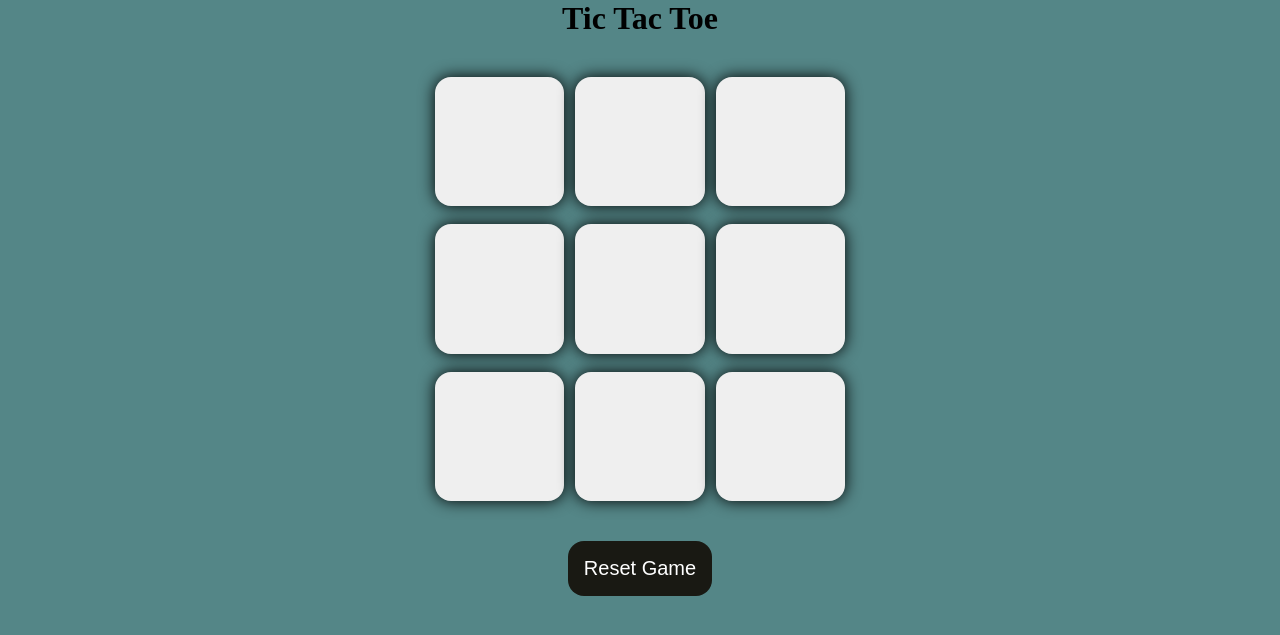
Repository: pankaj-shaw05/Tic-Tac-Toe
Page: index.html
An editor plug-in stored every save of this project. The page is shown before and after the next save, followed by the edit.
The browser window is 1280 px wide. The pictures show the whole page.
After loading, the first visible `button.box` was clicked once.

Above is the page before, as saved 2026-04-07 19:29:34.

### index.html
<!DOCTYPE html>
<html lang="en">
<head>
    <meta charset="UTF-8">
    <meta name="viewport" content="width=device-width, initial-scale=1.0">
    <title>Tic-Tac-Toe Game</title>
    <link rel="stylesheet" href="style.css"/>
</head>
<body>
    <main>
        <h1>Tic Tac Toe</h1>
        <div class="container">
        <div class="game">
            <button class="box"></button>
            <button class="box"></button>
            <button class="box"></button>
            <button class="box"></button>
            <button class="box"></button>
            <button class="box"></button>
            <button class="box"></button>
            <button class="box"></button>
            <button class="box"></button>
        </div>
        </div>
        <button id="reset-btn">Reset Game</button>
    </main>
    <script src="app.js"></script>
</body>
</html>

### style.css
* {
    margin: 0;
    padding: 0;

}

body {
    background-color: #548687;
    text-align: center;
}

.container {
    height: 70vh;
    display: flex;
    justify-content: center;
    align-items: center;
}

.game {
    height: 60vmin;
    width: 60vmin;
    display: flex;
    flex-wrap: wrap;
    justify-content: center;
    align-items: center;
    gap: 1.5vmin;
}

.box {
    height: 18vmin;
    width: 18vmin;
    border-radius: 1rem;
    border: none;
    box-shadow: 0 0 1rem rgba(0,0,0.3);
    font-size: 8vmin;
    color: #b0413e;
}

#reset-btn {
    padding: 1rem;
    font-size: 1.25rem;
    background-color: #191913;
    color: #fff;
    border-radius: 1rem;
    border: none;
}

### app.js
let boxes = document.querySelectorAll(".box");
let resetBtn =document.querySelector("#reset-btn");

let ternO =true;

const winPatterns = [
    [0, 1, 2],
    [0, 3, 6],
    [0, 4, 8],
    [1, 4, 7],
    [2, 5, 8],
    [2, 4, 6],
    [3, 4, 5],
    [6, 7, 8],
];

boxes.forEach((box) => {
    box.addEventListener("click", () => {
        console.log("box was clicked");
    })

})

After the next save:
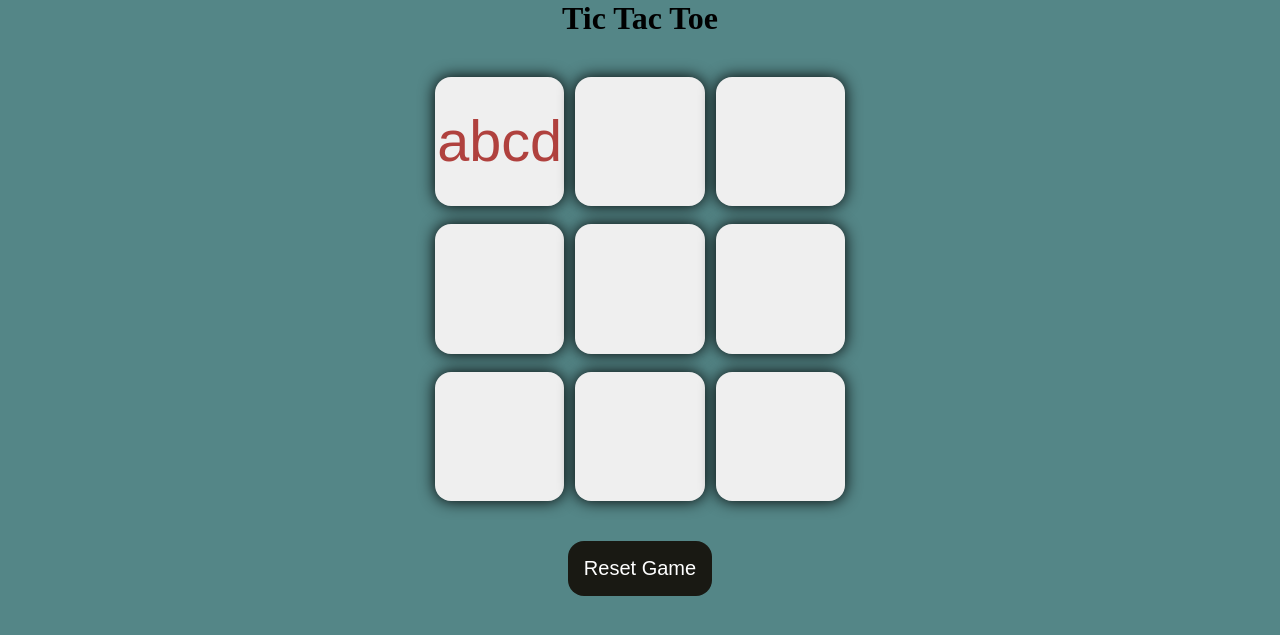
Saved 97 s later.
--- a/app.js
+++ b/app.js
@@ -17,6 +17,7 @@
 boxes.forEach((box) => {
     box.addEventListener("click", () => {
         console.log("box was clicked");
+        box.innerText ="abcd"
     })
 
 })

After the save that followed:
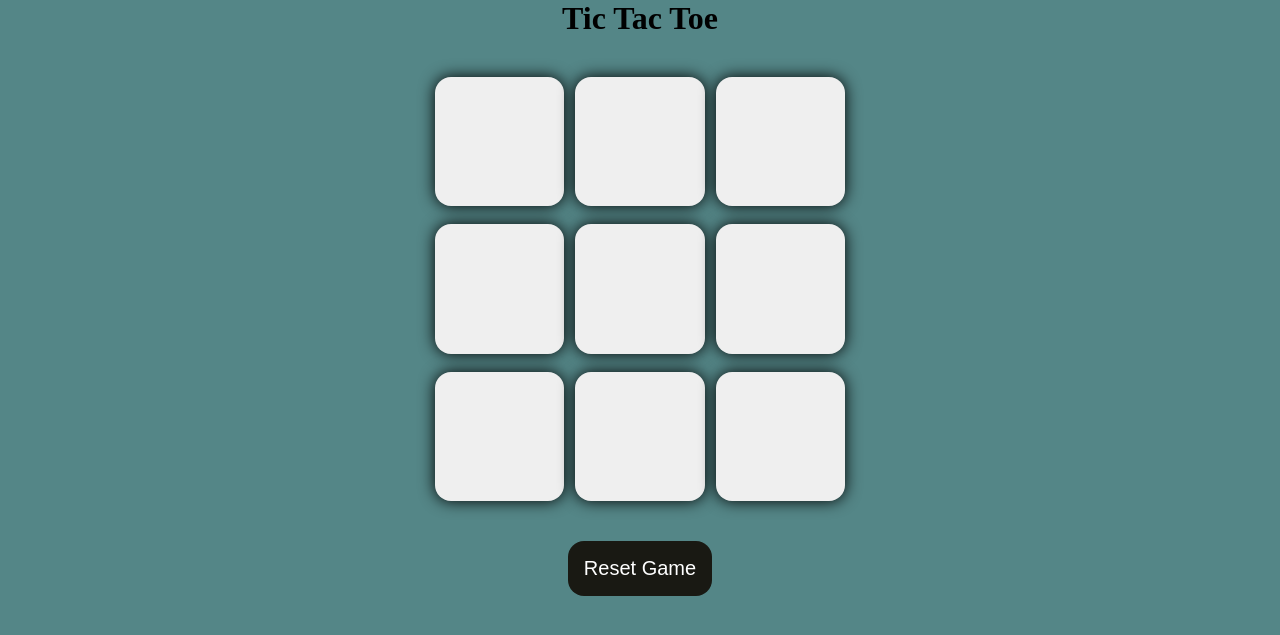
Console error: ReferenceError: turn0 is not defined
Saved 5 min 23 s later.
--- a/app.js
+++ b/app.js
@@ -17,7 +17,13 @@
 boxes.forEach((box) => {
     box.addEventListener("click", () => {
         console.log("box was clicked");
-        box.innerText ="abcd"
-    })
+        if(turn0) {
+            box.innerText = "O";
+            turnO = false;
+        }else{
+            box.innerText = "X";
+            turnO = true;
+        }
+    });
 
-})
+});
